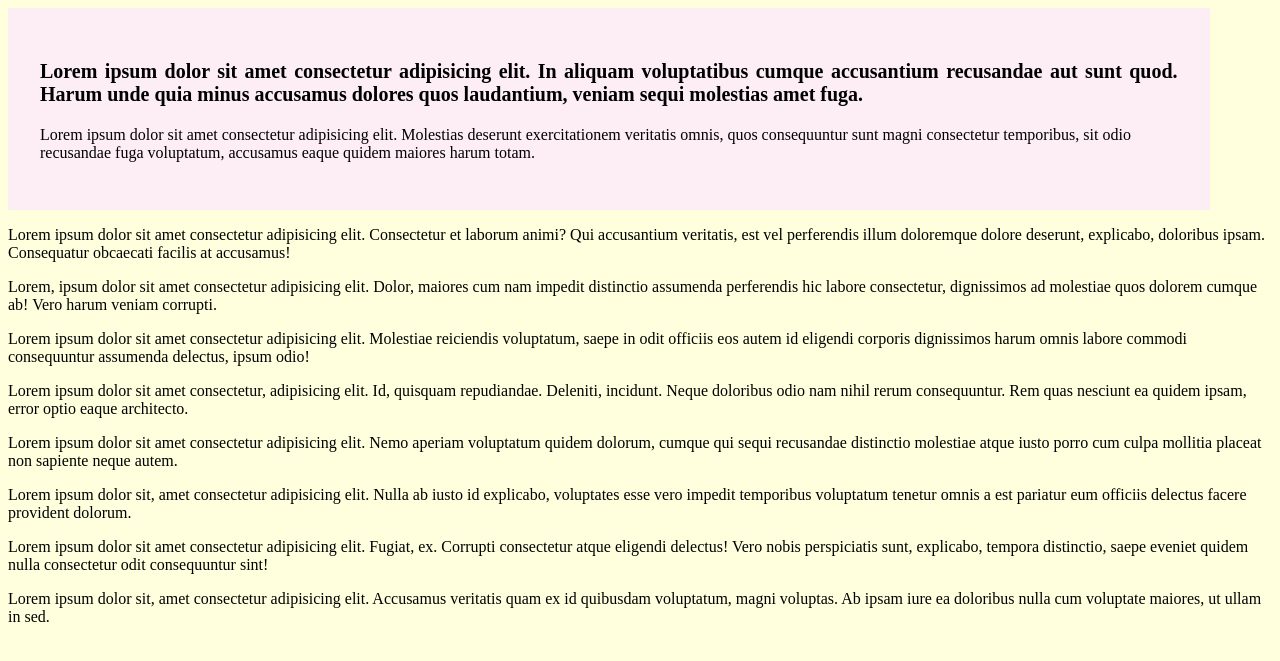
Repository: HTML-a-CSS-2/projekt-portfolio-Angelina555555
Page: .github/index.html
The author's editor kept a copy of each file at every save. The page is drawn from the files as they stood at one save, then again after the next save.
The browser window is 1280 px wide. The pictures show the whole page.

Above is the page before, as saved 2022-05-07 22:05:55.

After the next save:
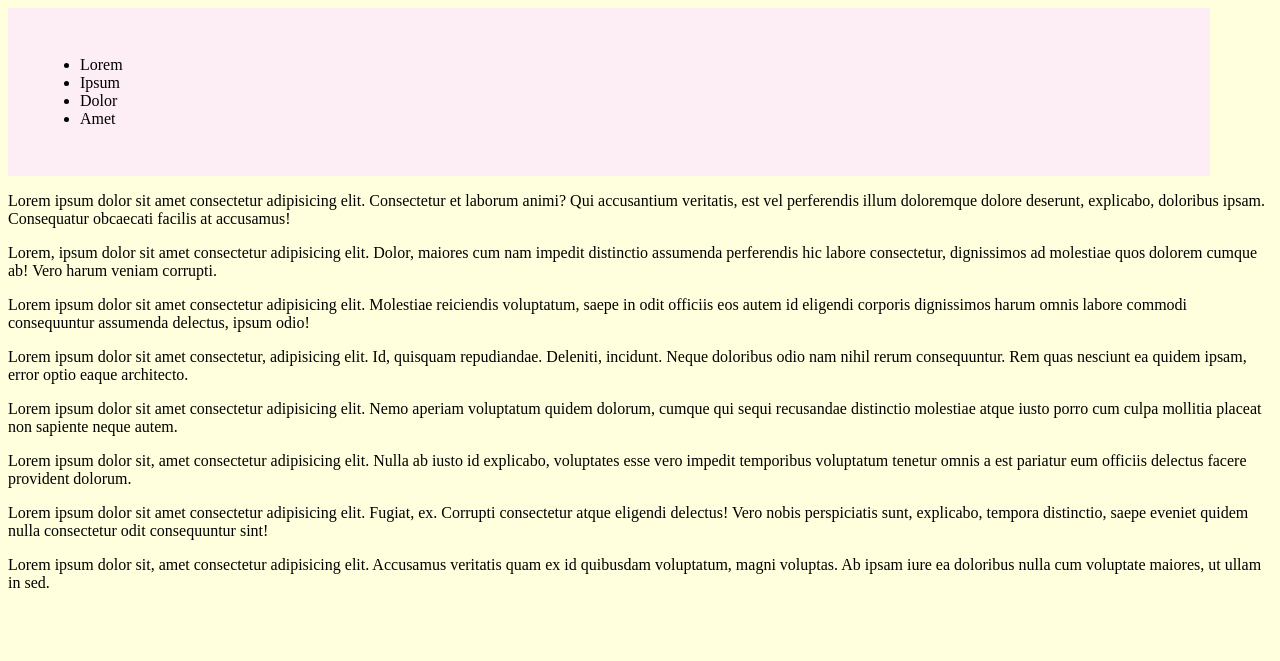
Saved 4 min 53 s later.
--- a/.github/index.html
+++ b/.github/index.html
@@ -9,18 +9,12 @@
   </head>
   <body>
     <div class="menu">
-      <p class="menu__element-jedna prvni-blok__element-jedna--fialovy">
-        Lorem ipsum dolor sit amet consectetur adipisicing elit. In aliquam
-        voluptatibus cumque accusantium recusandae aut sunt quod. Harum unde
-        quia minus accusamus dolores quos laudantium, veniam sequi molestias
-        amet fuga.
-      </p>
-      <p class="menu__element-dva">
-        Lorem ipsum dolor sit amet consectetur adipisicing elit. Molestias
-        deserunt exercitationem veritatis omnis, quos consequuntur sunt magni
-        consectetur temporibus, sit odio recusandae fuga voluptatum, accusamus
-        eaque quidem maiores harum totam.
-      </p>
+      <ul id="menu">
+        <li>Lorem</li>
+        <li>Ipsum</li>
+        <li>Dolor</li>
+        <li>Amet</li>
+      </ul>
     </div>
     <div class="article">
       <p class="article__element-tri">
